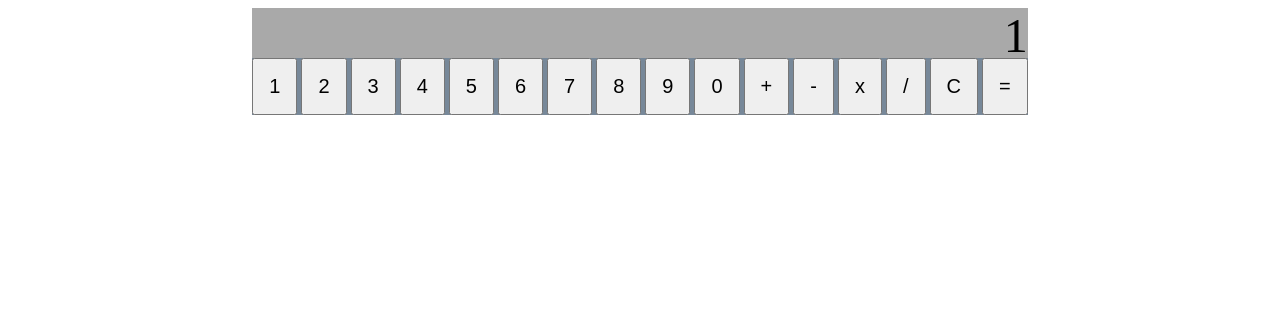
Repository: TEazy2433/LAB-calculator
Page: index.html
These files come from the project's save history. The page is drawn as it stood at one moment and after the next save; the edit follows.
The browser window is 1280 px wide. The pictures show the whole page.

Above is the page before, as saved 2023-10-13 16:54:56.

After the next save:
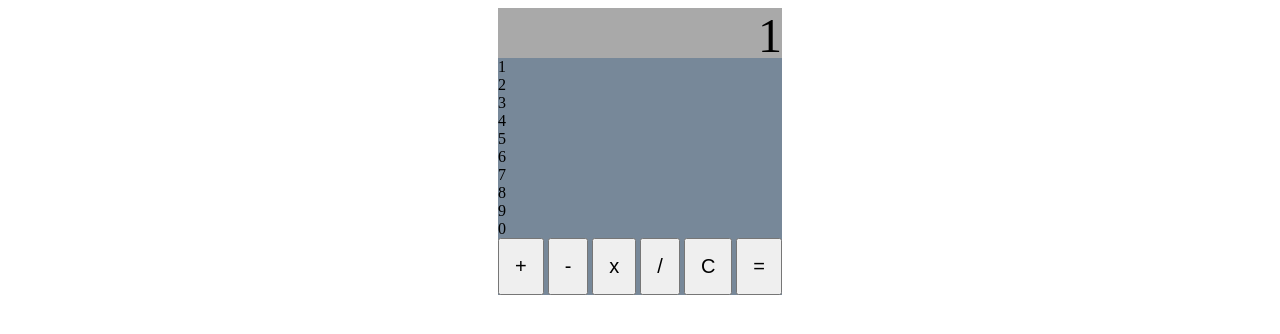
Saved 77 s later.
--- a/index.html
+++ b/index.html
@@ -11,16 +11,16 @@
   <div class="container">
     <div class="display">1</div>
     <div class="buttons"></div>
-      <button type="button">1</button>
-      <button type="button">2</button>
-      <button type="button">3</button>
-      <button type="button">4</button>
-      <button type="button">5</button>
-      <button type="button">6</button>
-      <button type="button">7</button>
-      <button type="button">8</button>
-      <button type="button">9</button>
-      <button type="button">0</button>
+      <div class="button">1</div>
+      <div class="button">2</div>
+      <div class="button">3</div>
+      <div class="button">4</div>
+      <div class="button">5</div>
+      <div class="button">6</div>
+      <div class="button">7</div>
+      <div class="button">8</div>
+      <div class="button">9</div>
+      <div class="button">0</div>
 
       <button type="button operator">+</button>
       <button type="button operator">-</button>

After the save that followed:
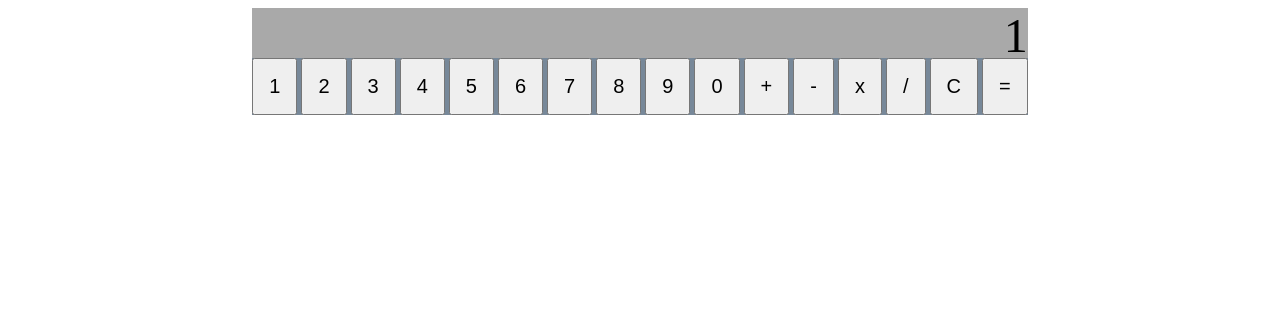
Saved 92 s later.
--- a/index.html
+++ b/index.html
@@ -11,16 +11,16 @@
   <div class="container">
     <div class="display">1</div>
     <div class="buttons"></div>
-      <div class="button">1</div>
-      <div class="button">2</div>
-      <div class="button">3</div>
-      <div class="button">4</div>
-      <div class="button">5</div>
-      <div class="button">6</div>
-      <div class="button">7</div>
-      <div class="button">8</div>
-      <div class="button">9</div>
-      <div class="button">0</div>
+      <button>1</button>
+      <button>2</button>
+      <button>3</button>
+      <button>4</button>
+      <button>5</button>
+      <button>6</button>
+      <button>7</button>
+      <button>8</button>
+      <button>9</button>
+      <button>0</button>
 
       <button type="button operator">+</button>
       <button type="button operator">-</button>
